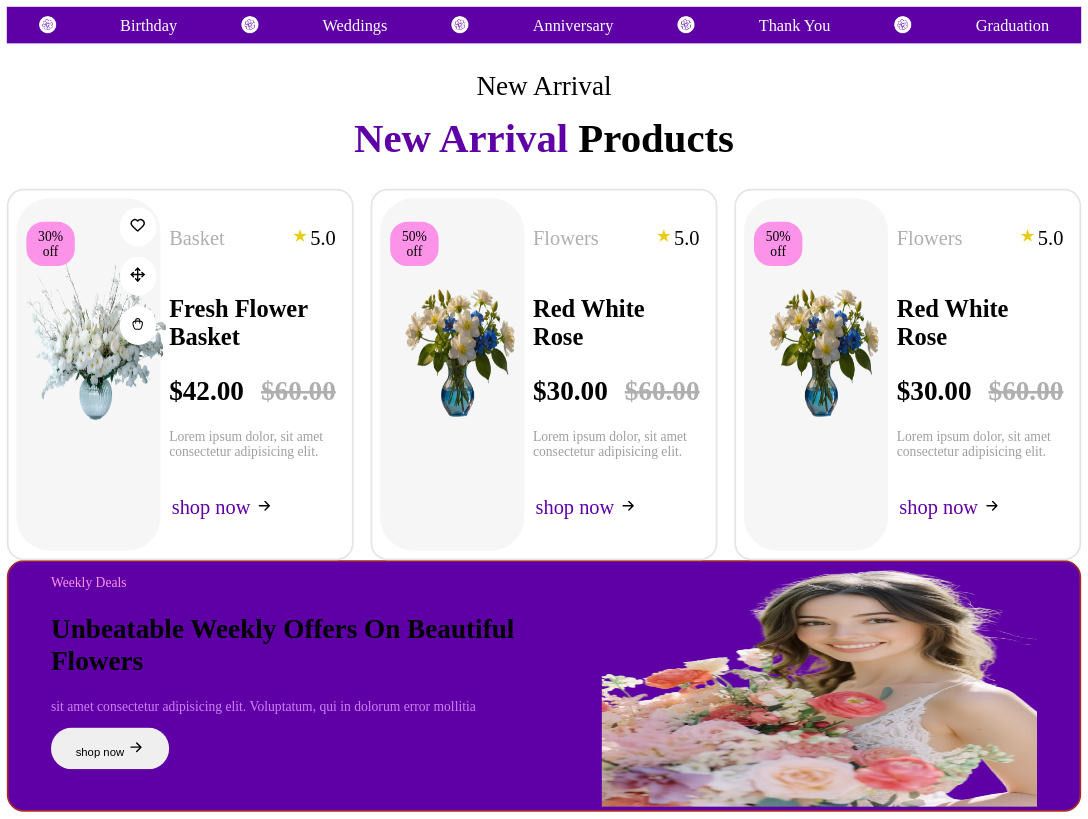
Repository: KolawoleTemilade/classroom-learning
Page: newarrival/index.html
These files come from the project's save history. The page is drawn as it stood at one moment and after a run of saves; the edit follows.
The browser window is 1280 px wide. The pictures show the whole page, at 85% of full size.

Above is the page before, as saved 2025-10-02 11:26:29.

### newarrival/index.html
<!DOCTYPE html>
<html lang="en">
  <head>
    <meta charset="UTF-8" />
    <meta name="viewport" content="width=h, initial-scale=1.0" />
    <title>new arrival</title>
    <link rel="stylesheet" href="style.css" />
  </head>
  <body>
    <section class="new-arrival-sect">
      <div class="marq-sect">
        <div class="marque">
          <img
            src="../newarrival/images/icons/marqueflower.png"
            alt="flower-icon"
            width="20"
            height="20"
          />
          <span>birthday</span>
          <img
            src="../newarrival/images/icons/marqueflower.png"
            alt="flower-icon"
            width="20"
            height="20"
          />
          <span>weddings</span>
          <img
            src="../newarrival/images/icons/marqueflower.png"
            alt="flower-icon"
            width="20"
            height="20"
          />
          <span>anniversary</span>
          <img
            src="../newarrival/images/icons/marqueflower.png"
            alt="flower-icon"
            width="20"
            height="20"
          />
          <span>thank you</span>
          <img
            src="../newarrival/images/icons/marqueflower.png"
            alt="flower-icon"
            width="20"
            height="20"
          />
          <span>graduation</span>
        </div>
      </div>

      <div class="new-arrival">
        <div class="new-arrival-title">
          <p class="title1">
            new arrival
            <span class="title2"
              >new arrival <span class="product-title">products</span></span
            >
          </p>
        </div>
        <section class="card-sec">
          <div class="new-arrival-product-card">
            <div class="product-card">
              <div class="img-sect">
                <img
                  src="./images/new-arrival/flower4.png"
                  alt="flower1"
                  width="200"
                  height="2 ,8>00"
                />
                <div class="absolute-container">
                  <p class="slash">30% off</p>
                  <div class="icons-sec">
                    <div class="icons">
                      <img
                        src="./images/icons/heart.svg"
                        alt="heart"
                        width="20"
                        height="20"
                      />
                    </div>
                    <div class="icons">
                      <img
                        src="./images/icons/crossedarrow.svg"
                        alt="arrow"
                        width="20"
                        height="20"
                      />
                    </div>
                    <div class="icons">
                      <img
                        src="./images/icons/shoppingbag.svg"
                        alt="shoppingbag"
                        width="20"
                        height="20"
                      />
                    </div>
                  </div>
                </div>
              </div>
              <div class="text-sect">
                <div class="basket-sec">
                  <p>basket</p>
                  <div class="rating-sec">
                    <img
                      src="./images/icons/ratings.svg"
                      alt="ratings"
                      width="20"
                      height="20"
                    />
                    <span>5.0</span>
                  </div>
                </div>
                <div class="fresh-flower-sec">
                  <h3>fresh flower basket</h3>
                  <h2>$42.00 <span class="slashed"> $60.00</span></h2>
                  <p>
                    Lorem ipsum dolor, sit amet consectetur adipisicing elit.
                  </p>
                  <div class="shop-btn">
                    <p>
                      shop now
                      <span
                        ><img
                          src="./images/icons/rightarrow.svg"
                          alt="right arrow"
                          width="20"
                          height="20"
                      /></span>
                    </p>
                  </div>
                </div>
              </div>
            </div>
          </div>
          <div class="new-arrival-product-card">
            <div class="product-card">
              <div class="img-sect">
                <img
                  src="./images/new-arrival/flower6.png"
                  alt="flower6"
                  width="200"
                  height="2 ,8>00"
                />
                <div class="absolute-container">
                  <p class="slash">50% off</p>
                  <div class="icons-sec2">
                    <div class="icons">
                      <img
                        src="./images/icons/heart.svg"
                        alt="heart"
                        width="20"
                        height="20"
                      />
                    </div>
                    <div class="icons">
                      <img
                        src="./images/icons/crossedarrow.svg"
                        alt="arrow"
                        width="20"
                        height="20"
                      />
                    </div>
                    <div class="icons">
                      <img
                        src="./images/icons/shoppingbag.svg"
                        alt="shoppingbag"
                        width="20"
                        height="20"
                      />
                    </div>
                  </div>
                </div>
              </div>
              <div class="text-sect">
                <div class="basket-sec">
                  <p>flowers</p>
                  <div class="rating-sec">
                    <img
                      src="./images/icons/ratings.svg"
                      alt="ratings"
                      width="20"
                      height="20"
                    />
                    <span>5.0</span>
                  </div>
                </div>
                <div class="fresh-flower-sec">
                  <h3>red white rose</h3>
                  <h2>$30.00 <span class="slashed"> $60.00</span></h2>
                  <p>
                    Lorem ipsum dolor, sit amet consectetur adipisicing elit.
                  </p>
                  <div class="shop-btn">
                    <p>
                      shop now
                      <span
                        ><img
                          src="./images/icons/rightarrow.svg"
                          alt="right arrow"
                          width="20"
                          height="20"
                      /></span>
                    </p>
                  </div>
                </div>
              </div>
            </div>
          </div>
          <div class="new-arrival-product-card">
            <div class="product-card">
              <div class="img-sect">
                <img
                  src="./images/new-arrival/flower6.png"
                  alt="flower6"
                  width="200"
                  height="2 ,8>00"
                />
                <div class="absolute-container">
                  <p class="slash">50% off</p>
                  <div class="icons-sec2">
                    <div class="icons">
                      <img
                        src="./images/icons/heart.svg"
                        alt="heart"
                        width="20"
                        height="20"
                      />
                    </div>
                    <div class="icons">
                      <img
                        src="./images/icons/crossedarrow.svg"
                        alt="arrow"
                        width="20"
                        height="20"
                      />
                    </div>
                    <div class="icons">
                      <img
                        src="./images/icons/shoppingbag.svg"
                        alt="shoppingbag"
                        width="20"
                        height="20"
                      />
                    </div>
                  </div>
                </div>
              </div>
              <div class="text-sect">
                <div class="basket-sec">
                  <p>flowers</p>
                  <div class="rating-sec">
                    <img
                      src="./images/icons/ratings.svg"
                      alt="ratings"
                      width="20"
                      height="20"
                    />
                    <span>5.0</span>
                  </div>
                </div>
                <div class="fresh-flower-sec">
                  <h3>red white rose</h3>
                  <h2>$30.00 <span class="slashed"> $60.00</span></h2>
                  <p>
                    Lorem ipsum dolor, sit amet consectetur adipisicing elit.
                  </p>
                  <div class="shop-btn">
                    <p>
                      shop now
                      <span
                        ><img
                          src="./images/icons/rightarrow.svg"
                          alt="right arrow"
                          width="20"
                          height="20"
                      /></span>
                    </p>
                  </div>
                </div>
              </div>
            </div>
          </div>
        </section>
      </div>
      <section class="weekly-deals">
        <div class="weekly-text-sec">
          <p class="week-text1">weekly deals</p>
          <h2>unbeatable weekly offers on <span class="beautiful-flowers">beautiful flowers</span></h2>
          <p class="week-text2">
            sit amet consectetur adipisicing elit. Voluptatum, qui in dolorum
            error mollitia
          </p>
          <button class="weekly-btn">
            shop now
            <span
              ><img
                src="./images/icons/rightarrow.svg"
                alt="right arrow"
                width="20"
                height="20"
            /></span>
          </button>
        </div>
        <div class="weekly-img-sec">
          <img src="./images/new-arrival/flowergirl.png" alt="flower girl" />
        </div>
      </section>
    </section>
  </body>
</html>

### newarrival/style.css

.new-arrival-sect >  {
  display: flex;
  flex-direction: column;
  align-items: center;
  background-color: #F6F6F6;
  width: 100%;
}
.marq-sect {
  background-color: #5e00a6;
  height: 6vh;
  width: 100%;
  align-content: center;
}
.marque {
  display: flex;
  align-content: center;
  justify-content: space-around;
}
.marque > span {
  text-transform: capitalize;
  color: white;
  font-size: 1.2rem;
}
.new-arrival{
  display: flex;
  flex-direction: column;
  align-items: center;
}
.title1 {
  font-size: 2rem;
  display: flex;
  flex-direction: column;
  align-items: center;
  justify-content: center;
  gap: 15px;
  text-transform: capitalize;
}
.title2 {
  font-size: 3rem;
  color: #5e00a6;
  font-weight: 700;
}
.product-title {
  color: black;
  font-size: 3rem;
  font-weight: 700;
}
.card-sec {
  display: flex;
  gap:20px;
  width: 100%;
}
.new-arrival-product-card {
  border: 2px solid rgb(230, 227, 227);
  padding: 9px;
  border-radius: 20px;
  background-color: #ffffff;
  width: 100%;
}
.product-card {
  display: flex;
  background-color: #ffffff;
  width: 100%;
}
.img-sect {
  position: relative;
  border: 3px solid transparent;
  border-radius: 40px;
  background-color: #f6f6f6;
  width: 100%;
  padding: 9px;
}
.img-sect > img {
  position: absolute;
  top: 15%;
  width: 100%;
  height: 30vh;
}
.absolute-container > p {
  padding: 8px;
  width: 25%;
  border-radius: 20px;
  text-align: center;
}
.slash {
  position: absolute;
  background: #fd93e8;
}

.icons-sec {
  position: absolute;
  top: 2%;
  right: 2%;
  display: flex;
  flex-direction: column;
  gap: 12px;
}
.icons {
  padding: 10px;
  width: 50%;
  border: 1px solid transparent;
  border-radius: 50%;
  background-color: white;
}
.text-sect {
  width: 100%;
  padding: 10px;
}
.basket-sec {
  display: flex;
  justify-content: space-between;
  align-items: center;
}
.basket-sec > p {
  text-transform: capitalize;
  color: #afafaf;
  font-size: 1.5rem;
}
.rating-sec {
  display: flex;
  gap: 2px;
  font-size: 1.5rem;
}
.fresh-flower-sec > h3 {
  font-size: 1.8rem;
  text-transform: capitalize;
  font-weight: 600;
}
.fresh-flower-sec > h2 {
  font-size: 2rem;
  display: flex;
  gap: 20px;
}
.slashed {
  color: #afafaf;
  text-decoration: line-through;
}
.fresh-flower-sec > p {
  font-size: 1.rem;
  color: #9f9f9f;
}
.shop-btn {
  color: #5e00a6;
  display: flex;
  align-items: center;
  padding: 3px;
  font-size: 1.5rem;
}
.icons-sec2 {
    display: none;
}

.weekly-deals {
  border: 2px solid brown;
  border-radius: 20px;
  background-color: #5e00a6;
  display: flex;
  justify-content: space-between;
  padding: 0 50px;

}
.week-text1{
  color: #fd93e8;
  font-size: 1rem;
  text-transform: capitalize;
}
.weekly-text-sec > h2{
font-size: 2rem;
text-transform: capitalize;
}
.weekly-text-sec > .beautiful-flowers {
  color:#fd93e8;
}
.week-text2 {
  color: #CF81F4;
}
.weekly-btn{
   padding: 12px 28px;
   color: #000;
   border: 1px solid transparent;
   border-radius: 30px;
}

.weekly-img-sec > img {
  width: 40vw;
  height: 40vh;

}

After the next 4 saves:
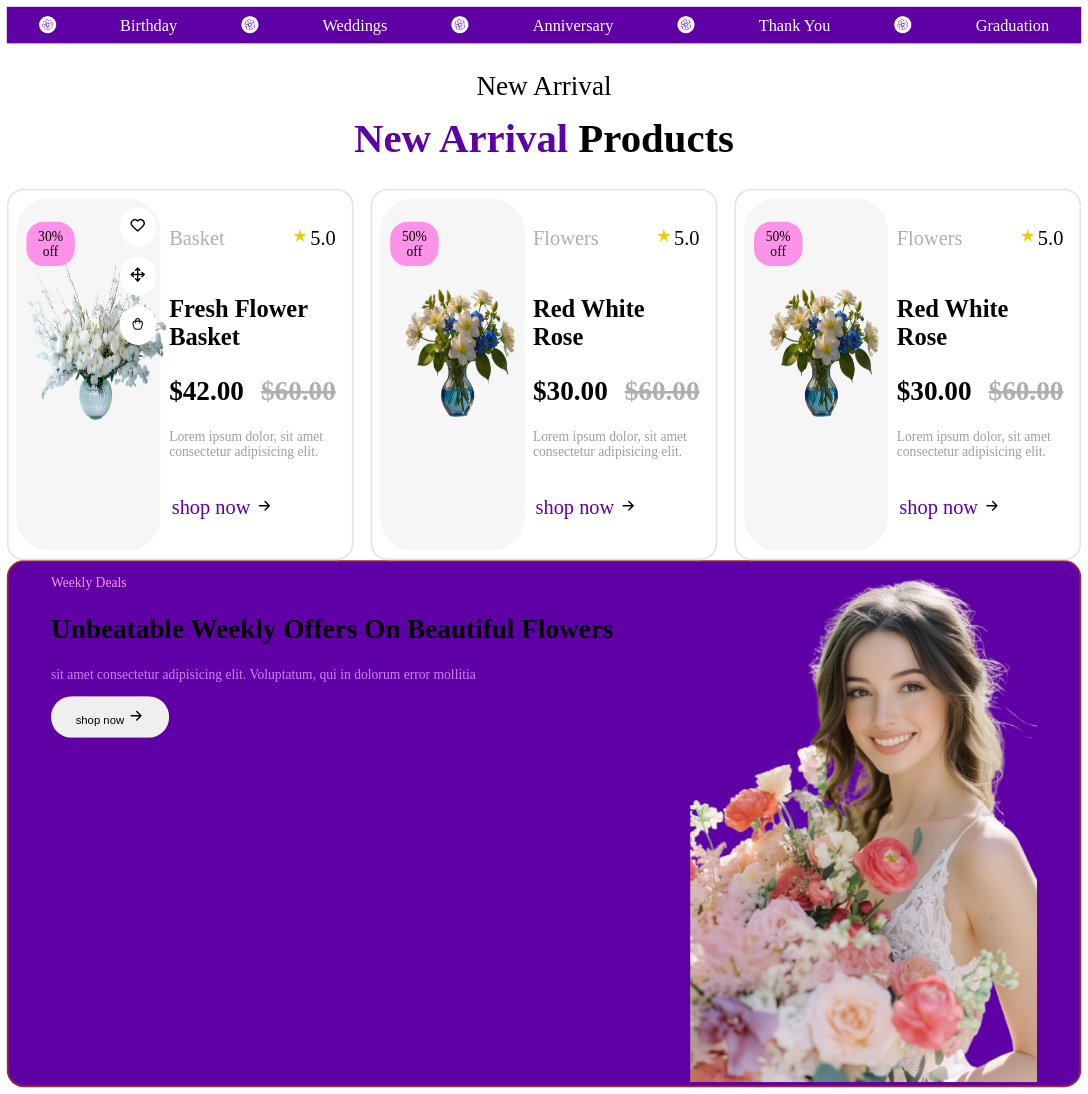
The 4 saves are shown as one change because they came seconds apart.
The last was saved 38 s later.
--- a/newarrival/style.css
+++ b/newarrival/style.css
@@ -182,6 +182,7 @@ text-transform: capitalize;
    border-radius: 30px;
 }
 
+.weekly-img-sec
 .weekly-img-sec > img {
   width: 40vw;
   height: 40vh;

After the save that followed:
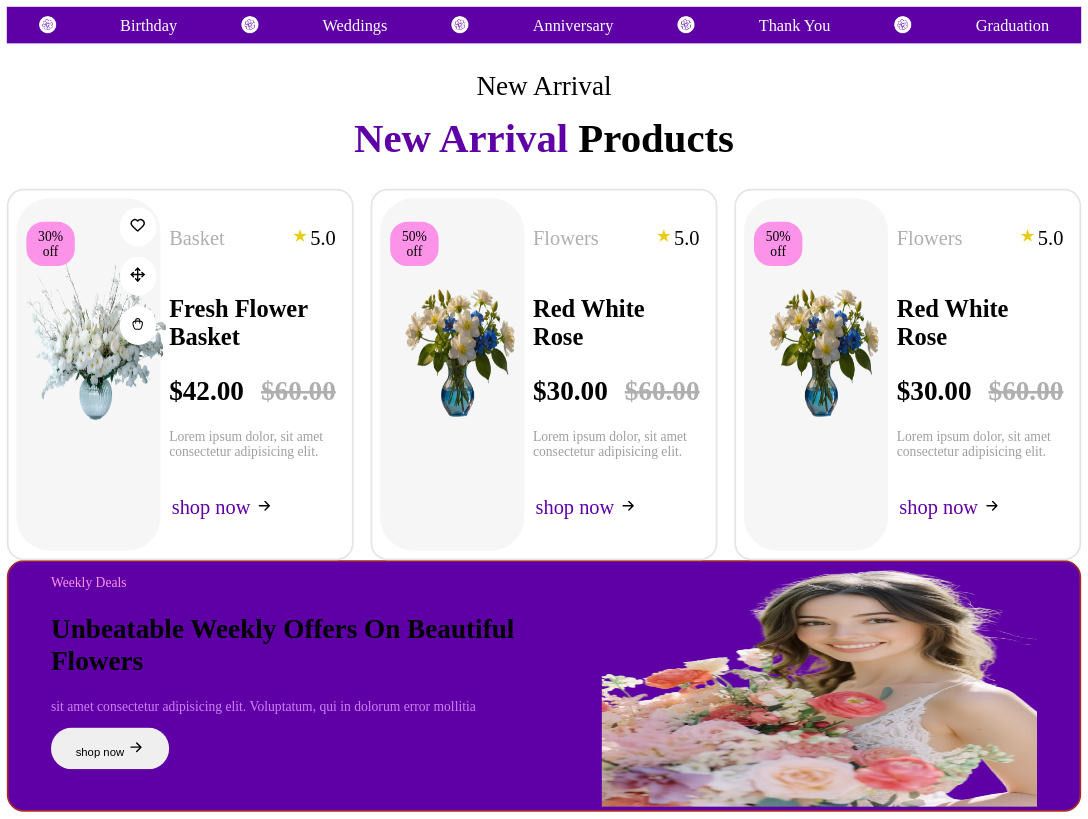
Saved 5 s later.
--- a/newarrival/style.css
+++ b/newarrival/style.css
@@ -182,7 +182,9 @@ text-transform: capitalize;
    border-radius: 30px;
 }
 
-.weekly-img-sec
+.weekly-img-sec {
+
+}
 .weekly-img-sec > img {
   width: 40vw;
   height: 40vh;
